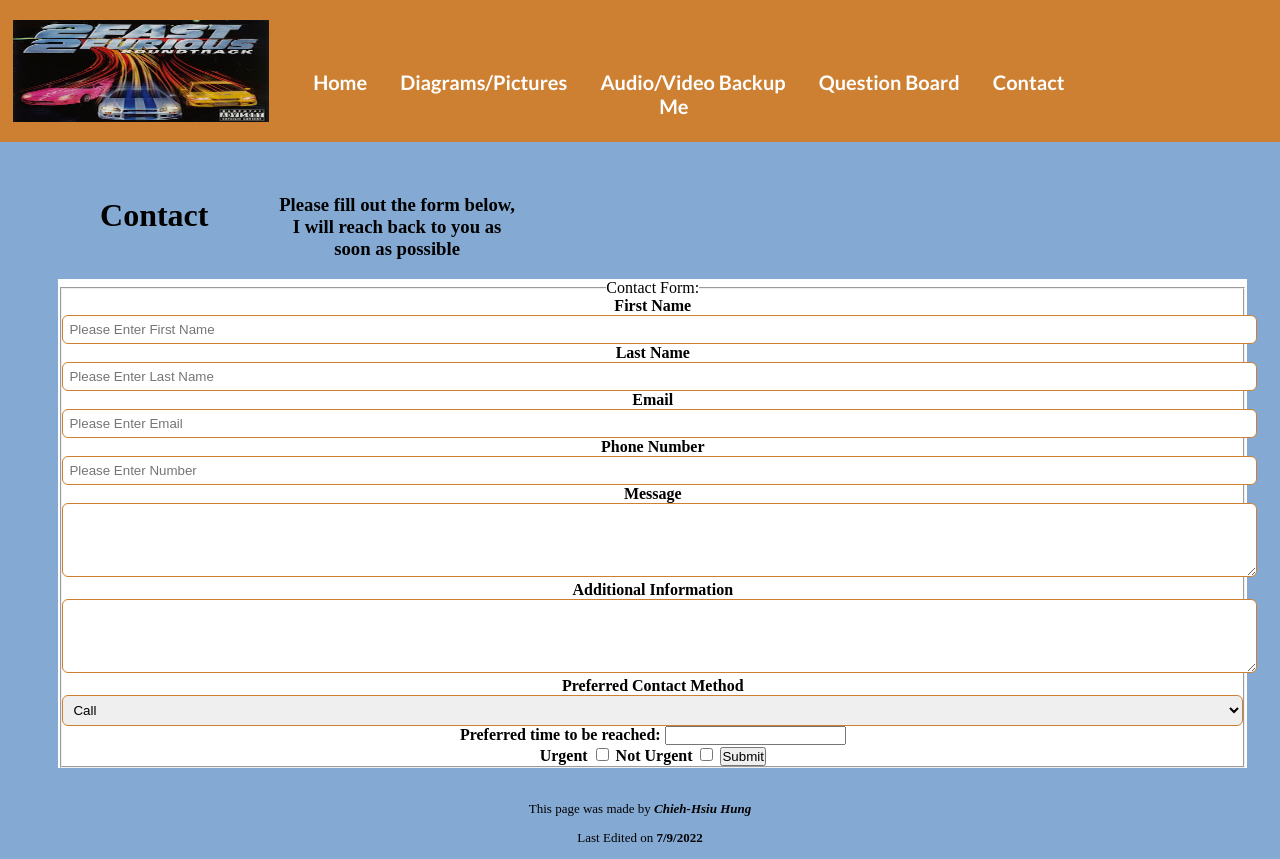
Repository: Chieh0501/fa22-cse110-lab3
Page: contacts.html
An editor plug-in stored every save of this project. The page is shown before and after the next save, followed by the edit.
The browser window is 1280 px wide. The pictures show the whole page.

Above is the page before, as saved 2022-10-13 04:49:30.

After the next save:
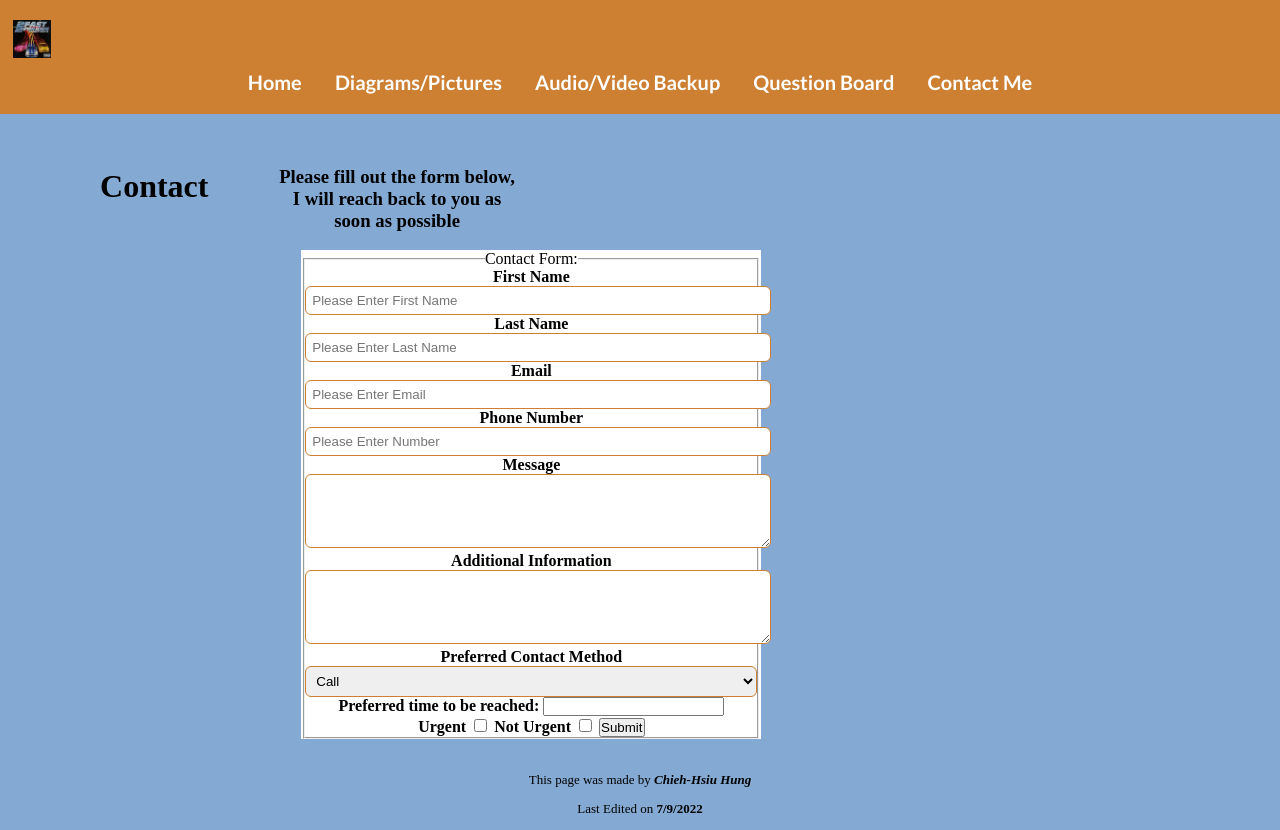
Saved 2 days later.
--- a/styles/main.css
+++ b/styles/main.css
@@ -290,101 +290,6 @@
     height: 16vw;
   }
 }
-@media screen and (max-width: 1366px) {
-  main{
-    display:grid;
-    margin-left: 1vw;
-    margin-right: 1vw;
-    grid-template-columns: 1fr;
-    grid-template-rows: repeat(3, 1fr);
-    text-align: center;
-  }
-  #index_main{
-    display:grid;
-    margin-left: 1vw;
-    margin-right: 1vw;
-    grid-template-columns: repeat(6, 1fr);
-    grid-template-rows: repeat(6, 1fr);
-    text-align: center;
-  }
-  .title{
-    display:none;
-  }
-  .short_title{
-    display: block;
-    grid-row: 1 / span 3;
-    grid-column: 2 / span 4;
-    font-size: 6vw;
-  }
-  main.main2{
-    display:grid;
-    margin-left: 1vw;
-    margin-right: 1vw;
-    grid-template-columns: repeat(2, 1fr);
-    grid-template-rows: repeat(2, 1fr);
-    text-align: center;
-  }
-  main.about_main{
-    display:grid;
-    margin-left: 1vw;
-    margin-right: 1vw;
-    grid-template-columns: 1fr;
-    grid-template-rows: repeat(4, 1fr);
-    text-align: center;
-  }
-  section#diving{
-    grid-row: 1;
-    grid-column: 1;
-  }
-  section#sailing{
-    grid-row: 2;
-    grid-column: 1;
-  }
-  video{
-    width: 80vw;
-  }
-  img{
-    width: 80vw;
-  }
-  section#snowboarding{
-    grid-row: 3;
-    grid-column: 1;
-  }
-  section#songs{
-    grid-row:4;
-    grid-column: 1;
-  }
-  .contactform{
-    grid-column: 1/ span 6;
-  }
-  #notice{
-    display: none;
-    font-variant:small-caps;
-  }
-  #contact_frame{
-    margin-left: 1vw;
-    grid-column: 1;
-    grid-row: 3;
-  }
-  .title2{
-    width: 30vw;
-    grid-column: 2;
-    grid-row: 1 / span 2;
-  }
-  #clock{
-    grid-column: 1;
-    grid-row: 1;
-  }
-  h1.project{
-    align-self: center;
-    grid-row: 1;
-    grid-column: 1;
-  }
-  img#logo {
-    width: 20vw;
-    height: 8vw;
-  }
-}
 /* a:link { color: #3366BB; }
 a:visited { color: #663366 }
 a:visited:hover { color: #0b0080; }
